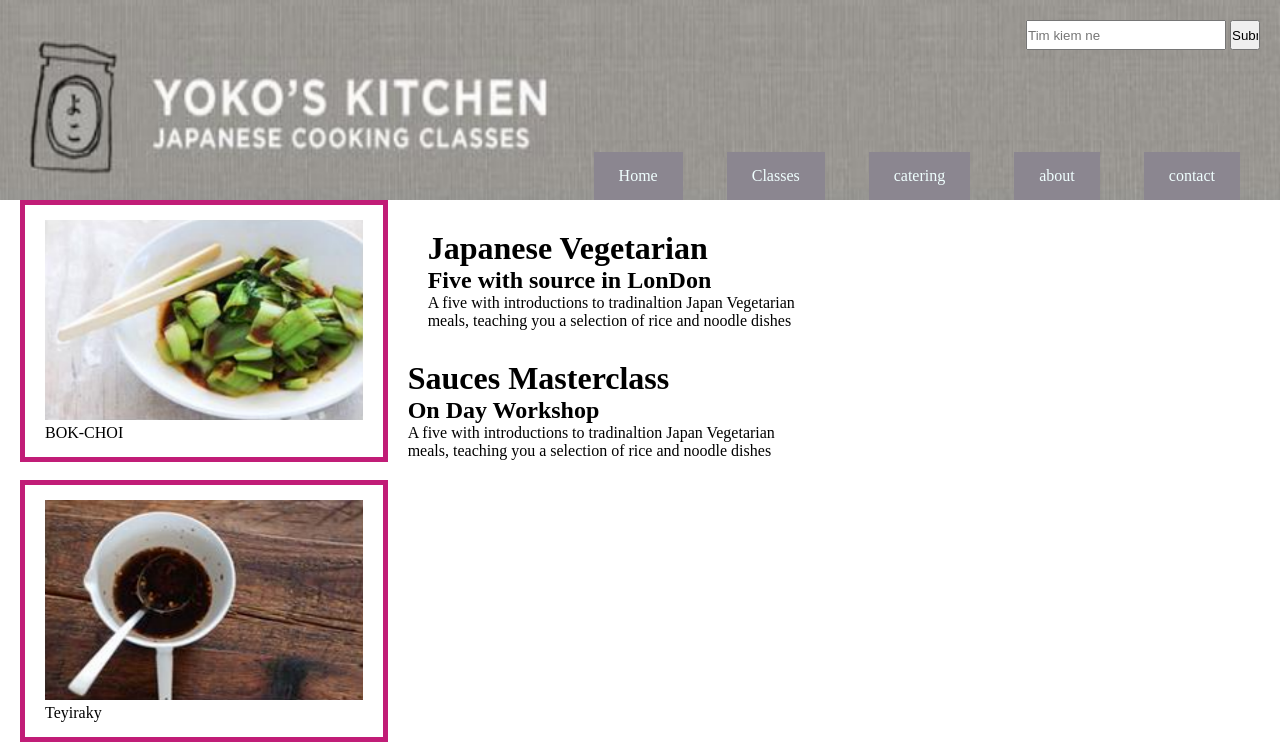
Repository: huy352002/20012931-Tr-n-Quang-Huy
Page: bt2.html
These files come from the project's save history. The page is drawn as it stood at one moment and after the next save; the edit follows.
The browser window is 1280 px wide. The pictures show the whole page.

Above is the page before, as saved 2022-09-30 10:24:19.

After the next save:
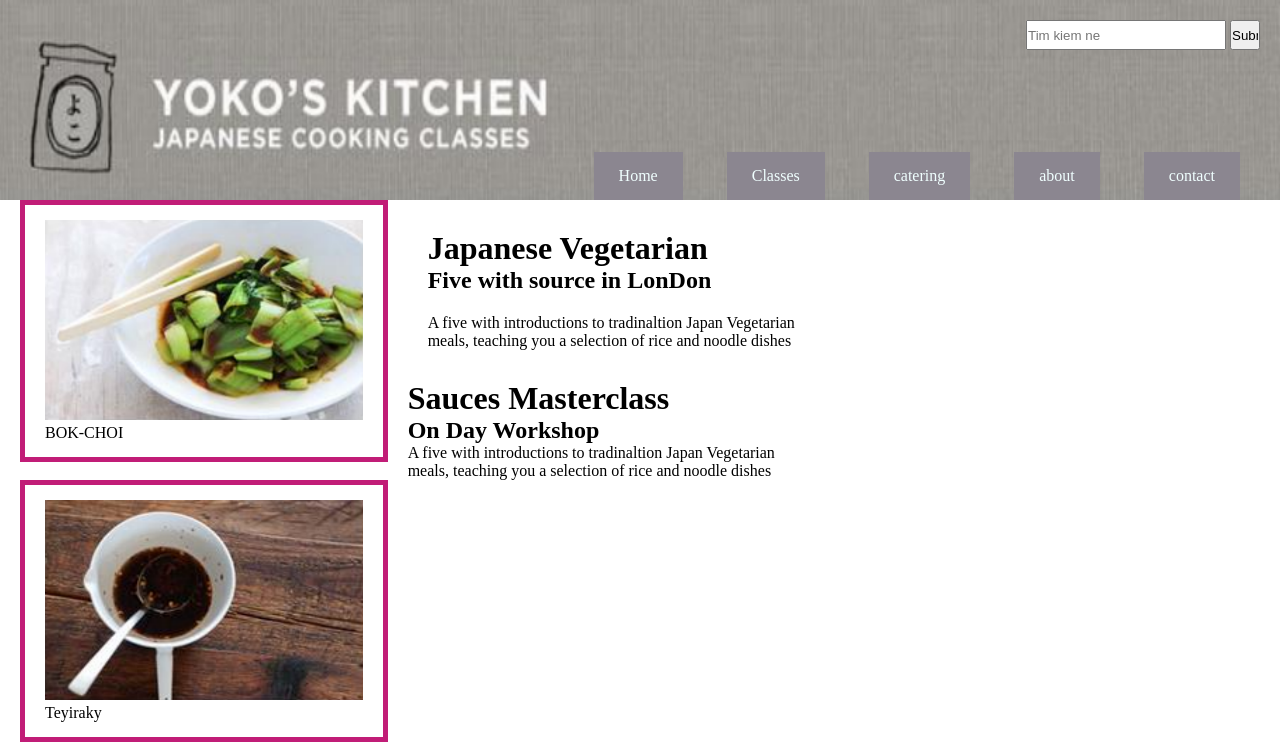
Saved 9 s later.
--- a/bt2.css
+++ b/bt2.css
@@ -95,7 +95,7 @@
     padding: 10px 10px;
 }
 
-.P_1 h1 h2 {
+.nav_P1 {
     margin-bottom: 20px;
 }
 
